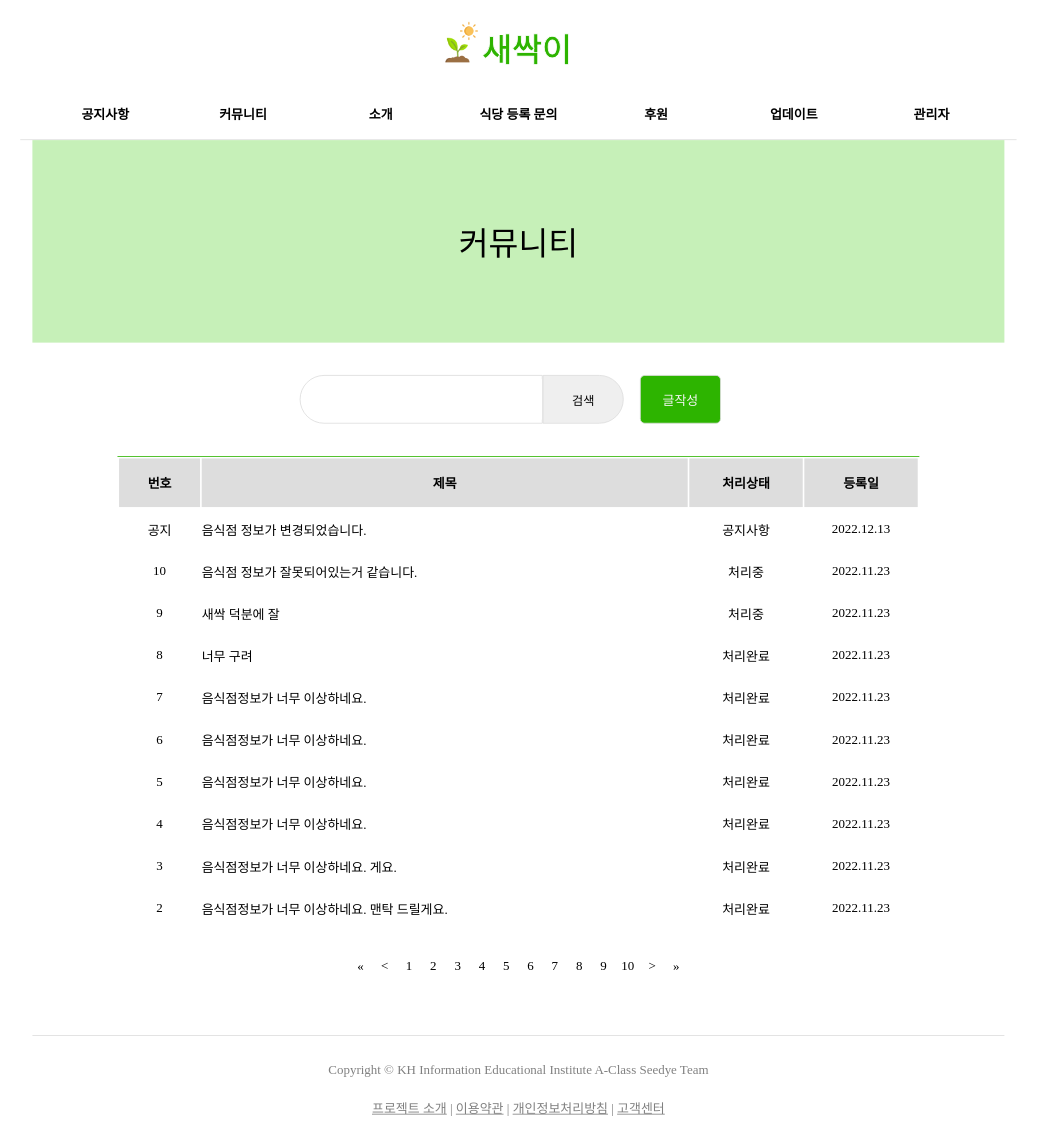
Repository: Seedye/Seedye
Page: team/src/main/webapp/html/board/board-list.html
The author's editor kept a copy of each file at every save. The page is drawn from the files as they stood at one save, then again after the next save.
The browser window is 1280 px wide. The pictures show the whole page, at 81% of full size.
Some web fonts or font styles are not loaded; a fallback is used.

Above is the page before, as saved 2022-12-14 17:01:22.

After the next save:
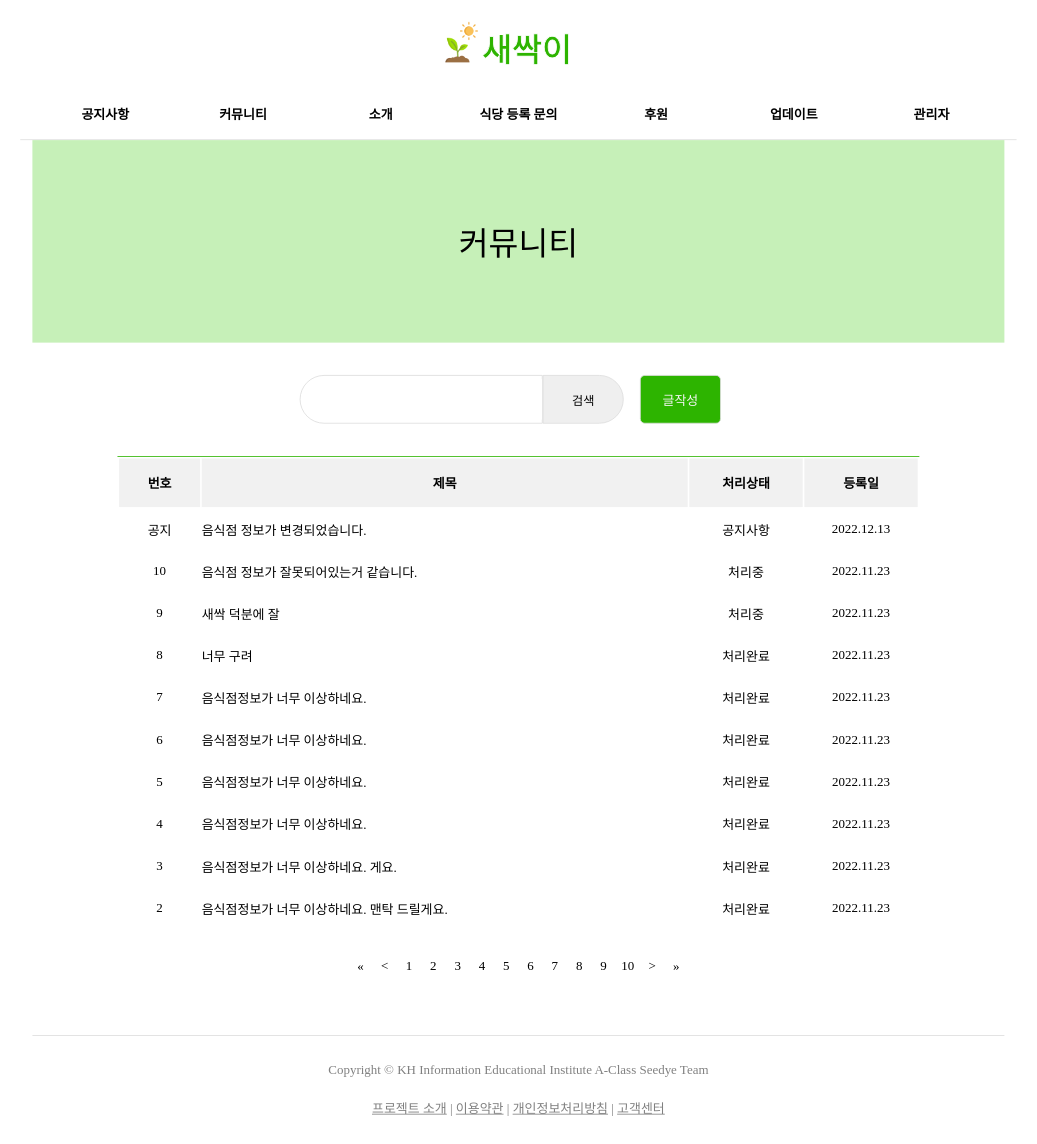
Saved 7 s later.
--- a/team/src/main/webapp/resources/css/boardList-style.css
+++ b/team/src/main/webapp/resources/css/boardList-style.css
@@ -82,7 +82,7 @@
 } */
 .board-list-thead{
   height: 60px;
-  background-color: #ddd;
+  background-color: rgba(221, 221, 221, 0.425);
   border-top: 2px solid red;
 }
 .board-list-thead > tr{
